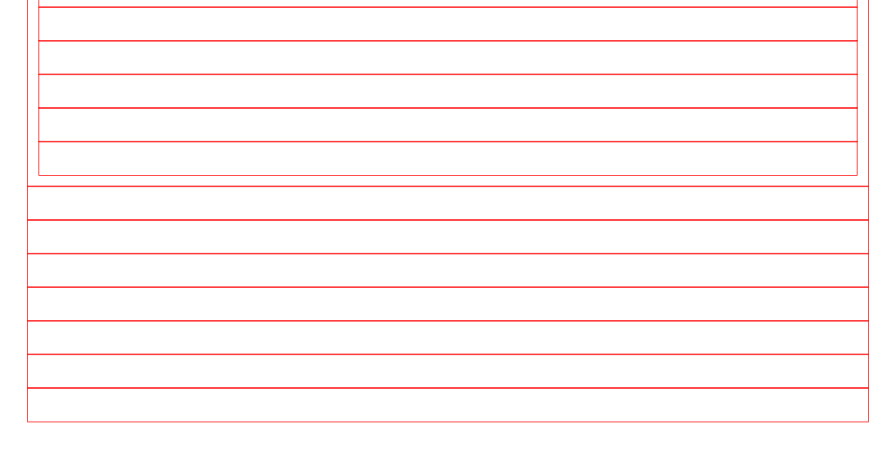
Repository: JacobSkilling-dot/Project1-Blog
Page: Week3-Blog.html
These files come from the project's save history. The page is drawn as it stood at one moment and after the next save; the edit follows.
The browser window is 1280 px wide. The pictures show the part of the page from y = 605 to 2525 px (the page is 1248 px tall before and 2704 px after), at 70% of full size.

Above is the page before, as saved 2023-01-18 15:59:52.

### Week3-Blog.html
<!DOCTYPE html>
<html lang="en">
<head>
    <meta charset="UTF-8">
    <meta http-equiv="X-UA-Compatible" content="IE=edge">
    <meta name="viewport" content="width=device-width, initial-scale=1.0">
    <title>Website Template</title>
    <link rel="stylesheet" href="style.css">
</head>
<body>
    <div class="main-content">
    <div class="logo"></div>
        <div class="search-bar"></div>
        <div class="social1"></div>
        <div class="social2"></div>
        <div class="social3"></div>
        <div class="pages"></div>

        <div class="images">
        <div class="large-img1"></div>
        <div class="large-img2"></div>
        <div class="large-img3"></div>
        </div>

        <div class="header1"></div>
        <div class="body-text1"></div>
        <div class="larger-img1"></div>
        <div class="small-image1"></div>
        <div class="small-image2"></div>
        <div class="small-image3"></div>
        <div class="small-image4"></div>
        </div>


        <div class="header2"></div>
        <div class="body-text2"></div>
        <div class="larger-img2"></div>
        <div class="small-image5"></div>
        <div class="small-image6"></div>
        <div class="small-image7"></div>
        <div class="small-image8"></div>
        </div>


        </style>
    </div>

</body>
</html>

### style.css
* {
    outline: 1px solid rgb(255, 0, 0);
    padding: 1rem;
    min-height: 1rem;
}

html, body, grammarly-desktop-integration {
    outline: none;
}

After the next save:
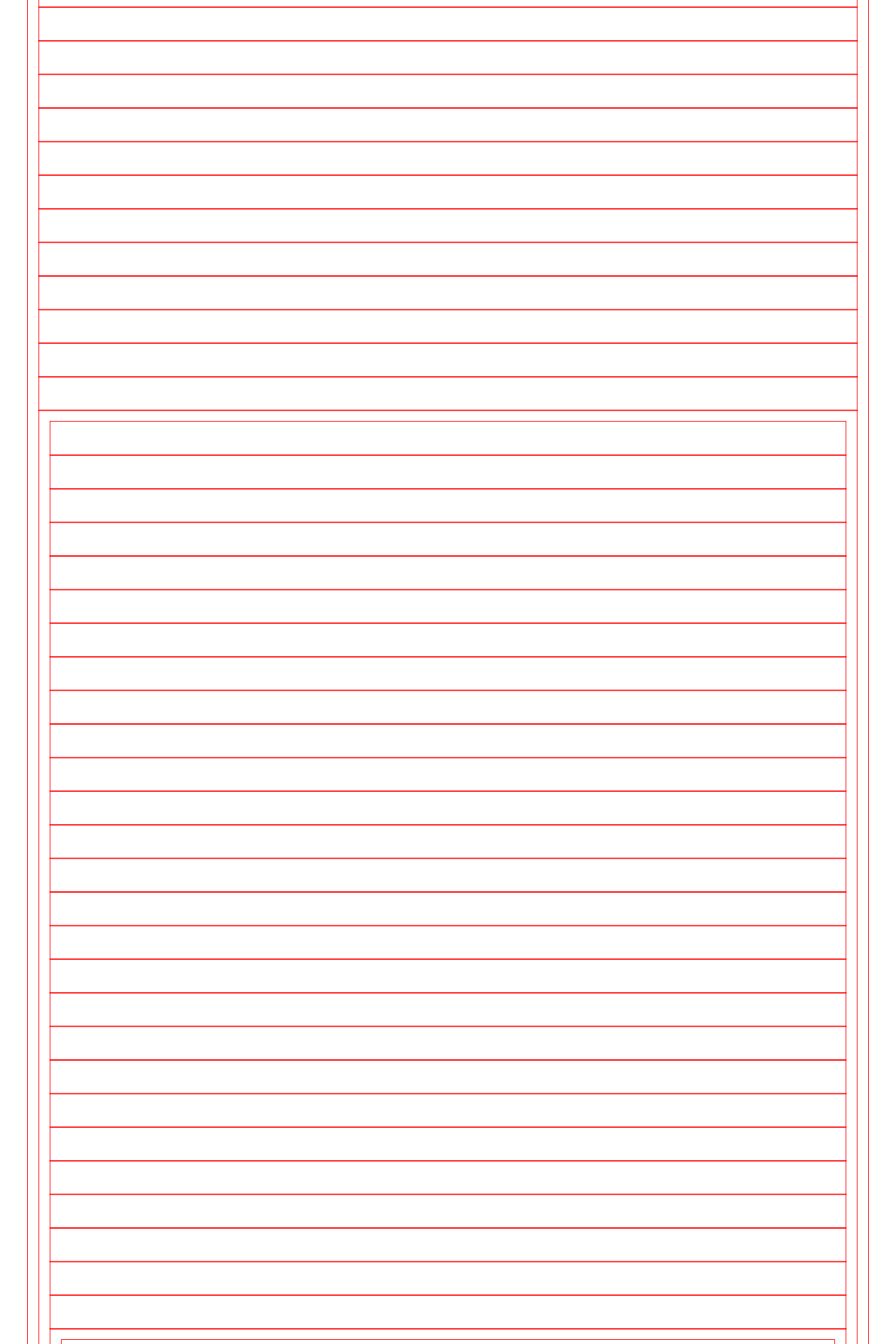
Saved 20 min 26 s later.
--- a/Week3-Blog.html
+++ b/Week3-Blog.html
@@ -29,7 +29,7 @@
         <div class="small-image2"></div>
         <div class="small-image3"></div>
         <div class="small-image4"></div>
-        </div>
+
 
 
         <div class="header2"></div>
@@ -39,10 +39,57 @@
         <div class="small-image6"></div>
         <div class="small-image7"></div>
         <div class="small-image8"></div>
+
+
+
+
+<div class="sidebar">
+        <div class="sidebar-header1"></div>
+        <div class="sidebar-text1"></div>
+        <div class="sidebar-image1"></div>
+        <div class="sidebar-text2"></div>
+        <div class="sidebar-image2"></div>
+        <div class="sidebar-text3"></div>
+        <div class="sidebar-image3"></div>
+
+
+        <div class="sidebar-header2"></div>
+        <div class="sidebar-text4"></div>
+        <div class="sidebar-image4"></div>
+        <div class="sidebar-text5"></div>
+        <div class="sidebar-image5"></div>
+        <div class="sidebar-text6"></div>
+        <div class="sidebar-image6"></div>
+        <div class="sidebar-text7"></div>
+        <div class="sidebar-image7"></div>
+        <div class="sidebar-text8"></div>
+        <div class="sidebar-image8"></div>
+
+        <div class="sidebar-header3"></div>
+        <div class="sidebar-text9"></div>
+        <div class="sidebar-text10"></div>
+        <div class="sidebar-text11"></div>
+        <div class="sidebar-text12"></div>
+        <div class="sidebar-text13"></div>
+        <div class="sidebar-text11"></div>
+        <div class="sidebar-text12"></div>
+        <div class="sidebar-text13"></div>
+
+        <div class="sidebar-header4">
+            <div class="sidebar-text14"></div>
         </div>
 
 
-        </style>
+
+
+
+
+        <div class="footer"></div>
+
+
+
+
+        </div>
     </div>
 
 </body>
